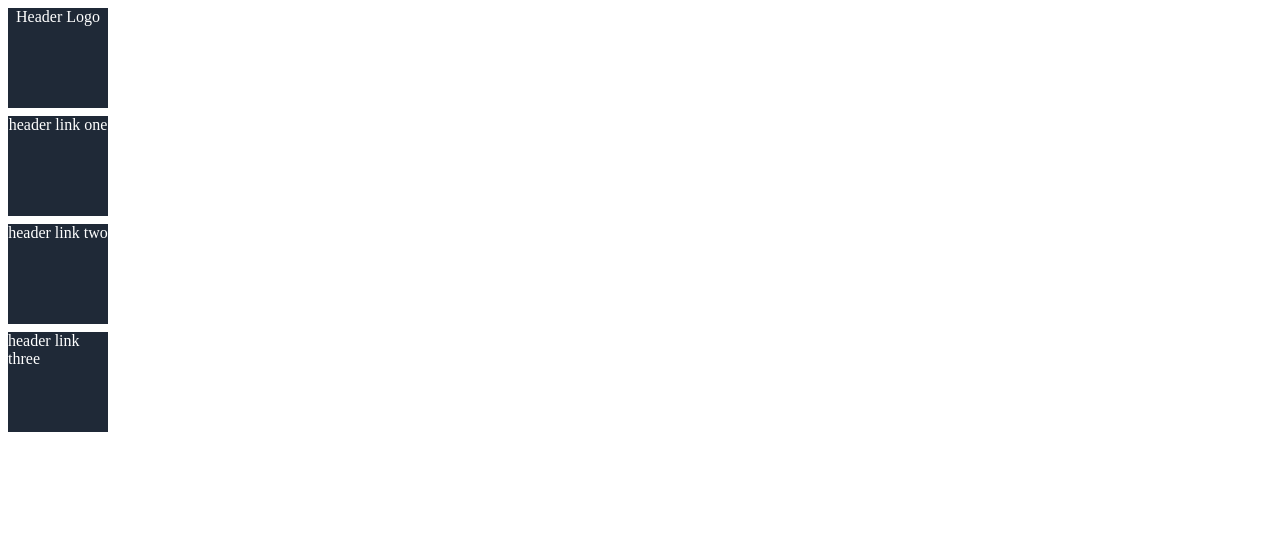
Repository: Grace561/css-exercises
Page: index.html
The author's editor kept a copy of each file at every save. The page is drawn from the files as they stood at one save, then again after the next save.
The browser window is 1280 px wide. The pictures show the whole page.

Above is the page before, as saved 2025-04-14 13:54:51.

After the next save:
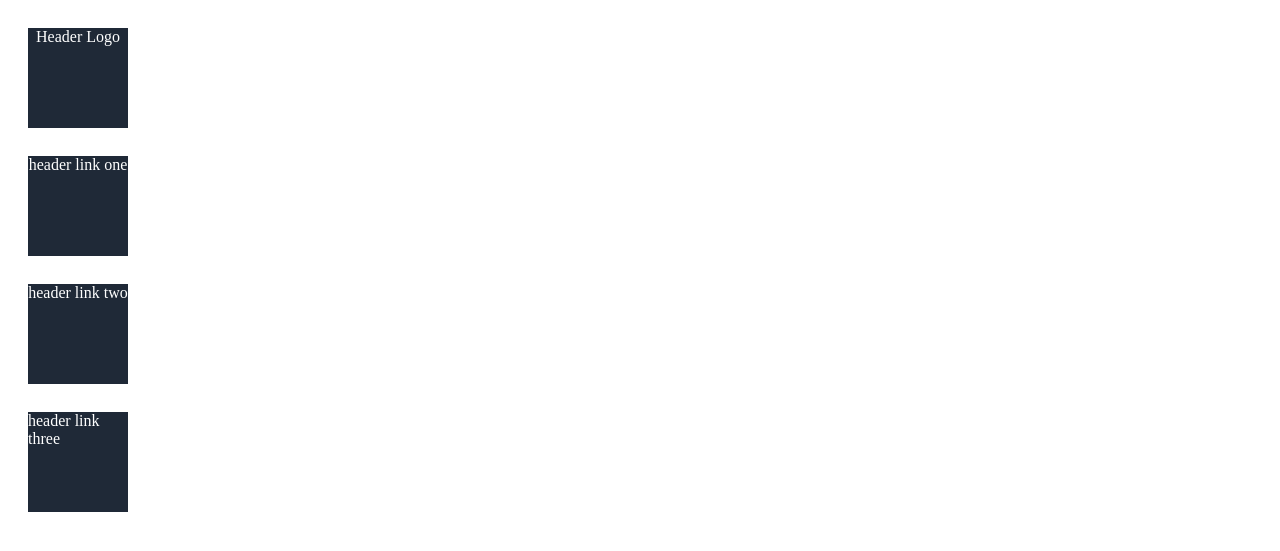
Saved 4 s later.
--- a/style.css
+++ b/style.css
@@ -9,7 +9,7 @@
     height: 100px;
     background: #1f2937;
     color:#fff;
-    margin: 8px;
+    margin: 28px;
 
     display: flex;
     justify-content: center;
